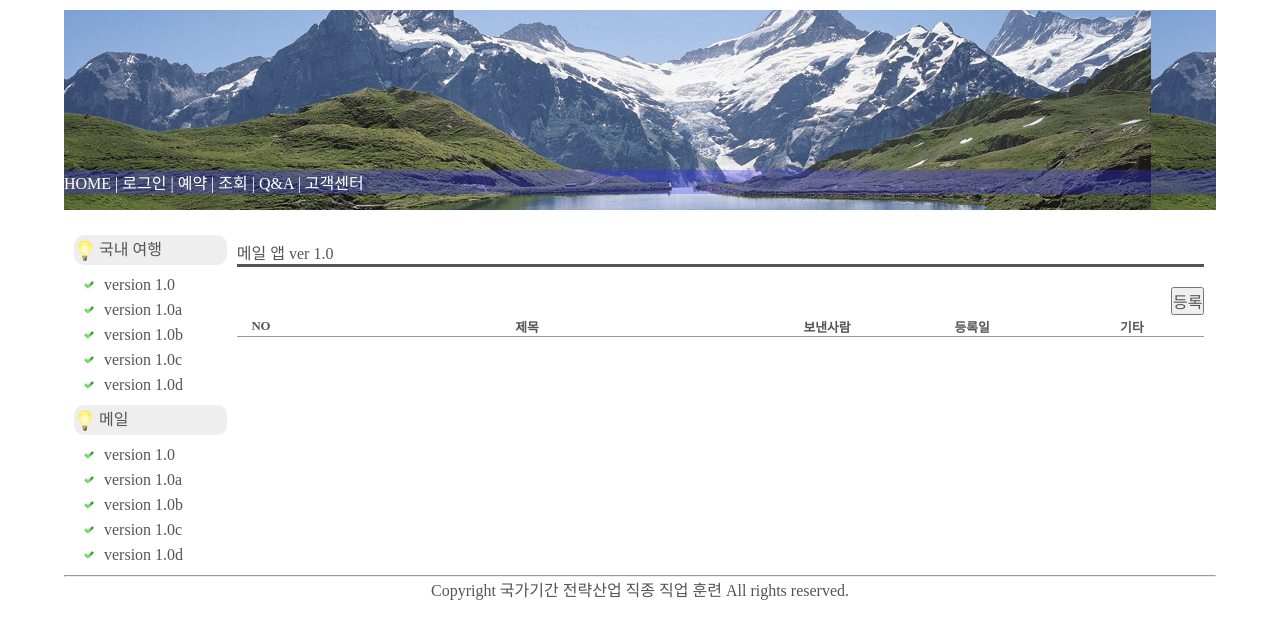
Repository: jangky000/ai_web
Page: http://localhost/blog_v2jc/mail_app/list.jsp
The author's editor kept a copy of each file at every save. The page is drawn from the files as they stood at one save, then again after the next save.
The browser window is 1280 px wide. The pictures show the whole page.
The page is served by Tomcat 9. Other server files are loaded and not shown. Queries for data that is not in the repository find no rows.

Above is the page before, as saved 2020-03-27 06:23:40.

### ws__frame/blog_v2jc/WebContent/mail_app/list.jsp
<%@ page contentType="text/html; charset=UTF-8" %>

<!-- MySQL에서 DBMS에 연결할때 쓰던 import 패키지와 구성이 같다. -->
 <!-- MovieDAO2.java 참조 -->
<%@ page import="java.sql.Connection" %>
<%@ page import=" java.sql.DriverManager" %>
<%@ page import="java.sql.PreparedStatement" %>
<%@ page import="java.sql.ResultSet" %>
<%@ page import="java.sql.SQLException" %>

<%
request.setCharacterEncoding("utf-8");
String root = request.getContextPath();
%>

<%
// 필요 변수 선언
Connection con = null;              // DBMS 연결
PreparedStatement pstmt = null; // SQL 실행
ResultSet rs = null;                   // SELECT 결과를 저장
StringBuffer sql = null;              // SQL 문장
int count = 0;                         // 처리된 레코드 갯수

// MYSQL
// String className = "org.gjt.mm.mysql.Driver"; // MySQL 연결 Driver
// String url = "jdbc:mysql://172.16.12.4:3306/javadb?useUnicode=true&characterEncoding=euckr"; //데이터베이스 javadb 사용

//Oracle, jdbc 연결
String className = "oracle.jdbc.driver.OracleDriver"; // Oracle 연결 Driver
String url = "jdbc:oracle:thin:@127.0.0.1:1521:XE"; //XE -> soldesk 등으로 달라질 수 있다.

String user = "ai6";
String password = "1234";
%>

<!DOCTYPE html>
<html lang="ko">
<head>
<meta charset="UTF-8">
<title></title>
<link href="<%=root%>/css/style.css" rel="Stylesheet" type="text/css">
</head>
<body>
<jsp:include page="/menu/top.jsp" flush='false' />
  <div class="title_line">메일 앱 ver 1.0</div>
  <div class="sub_menu">
    <button type="button" onclick="location.href='./create_form.jsp'">등록</button>
  </div>
  <table class="table_basic">
    <colgroup>
      <col style="width: 5%;">
      <col style="width: 50%;">
      <col style="width: 12%;">
      <col style="width: 18%;">
      <col style="width: 15%;">
    </colgroup>
    <thead>
      <tr>
        <th class="th_basic">NO</th>
        <th class="th_basic">제목</th>
        <th class="th_basic">보낸사람</th>
        <th class="th_basic">등록일</th>
        <th class="th_basic">기타</th>
      </tr>
    </thead>
    <tbody>
      <%
      try {
        Class.forName(className);
        con = DriverManager.getConnection(url, user, password );

        sql = new StringBuffer();
        sql.append(" SELECT mailno, title, content, mail_from, mail_to, rdate");
        sql.append(" FROM mail_app");
        sql.append(" ORDER BY mailno DESC");

        pstmt = con.prepareStatement(sql.toString());

        rs = pstmt.executeQuery(); // SELECT문 실행: executeQuery() : return ResultSet 타입

        int n = 0;
        while(true) {
          if(rs.next() == true) {
            System.out.println(rs.getInt("mailno"));
            %>
            <tr>
              <td class="td_basic"><%= rs.getInt("mailno")%></td>
              <td class="td_left"><a href="./read.jsp?mailno=<%= rs.getInt("mailno")%>"><%= rs.getString("title")%></a></td>
              <td class="td_basic"><%= rs.getString("mail_from")%></td>
              <td class="td_basic"><%= rs.getString("rdate")%></td>
              <td class="td_basic">수정/삭제</td>
            </tr>
            <%
          }
          else {
            System.out.println(rs.getInt("mailno"));
            %>
            <tr></tr>
            <%
            break;
          }
        }

      } catch (SQLException e) {
        System.out.println("SQL 실행 중 예외 발생");
        e.printStackTrace();
      } catch (ClassNotFoundException e) {
        System.out.println("JDBC 드라이버가 없습니다.");
        e.printStackTrace();
      } finally {
        try{ if (rs != null){ rs.close(); } }catch(Exception e){ }
        try{ if (pstmt != null){ pstmt.close(); } }catch(Exception e){ }
        try{ if (con != null){ con.close(); } }catch(Exception e){ }
      }
      %>
    </tbody>
  </table>


<jsp:include page="/menu/bottom.jsp" flush='false' />
</body>
</html>
</html>

### ws__frame/blog_v2jc/WebContent/menu/top.jsp
<%@ page contentType="text/html; charset=UTF-8" %>
<!-- jsp: include를 사용했기 때문에 root로 인한 충돌이 발생하지 않는다. -->
<% String root = request.getContextPath(); %>

<DIV class='container'>
  <DIV class='top_img'>
    <NAV class="top_menu">
      <a href="<%=root %>" class="menu_link">HOME</a> | 로그인 | 예약 | 조회 | Q&A | 고객센터
    </NAV>
  </DIV>

  <DIV style='margin-top: 10px;'> <!-- 좌측 메뉴 + 내용 시작 -->
    <DIV class='left_menu'> <!--  좌측 메뉴 시작 -->
      <div class="li_left_menu_1" >국내 여행</div>
      <UL>
         <!-- 모든 위치에서 동일한 주소를 찾아야하므로, 절대 경로로 설정 -->
        <LI class="li_left_menu_2"><a href="<%= request.getContextPath() %>/notice1/list.jsp">version 1.0</a></LI>
        <LI class="li_left_menu_2"><a href="<%= request.getContextPath() %>/notice1a/list.jsp">version 1.0a</a></LI>
        <LI class="li_left_menu_2"><a href="<%= request.getContextPath() %>/notice1b/list.jsp">version 1.0b</a></LI>
        <LI class="li_left_menu_2"><a href="<%= request.getContextPath() %>/notice1c/list.jsp">version 1.0c</a></LI>
        <LI class="li_left_menu_2"><a href="<%= request.getContextPath() %>/notice1d/list.jsp">version 1.0d</a></LI>
      </UL>
      <!-- br을 쓰는 것보다 margin으로 여백을 주는 것이 낫다 -->
      <div class="li_left_menu_1">메일</div>
      <UL>
        <LI class="li_left_menu_2"><a href="<%= request.getContextPath() %>/mail_app/list.jsp">version 1.0</a></LI>
        <LI class="li_left_menu_2"><a href="<%= request.getContextPath() %>/mail_app1a/list.jsp">version 1.0a</a></LI>
        <LI class="li_left_menu_2"><a href="<%= request.getContextPath() %>/mail_app1b/list.jsp">version 1.0b</a></LI>
        <LI class="li_left_menu_2"><a href="<%= request.getContextPath() %>/mail_app1c/list.jsp">version 1.0c</a></LI>
        <LI class="li_left_menu_2"><a href="<%= request.getContextPath() %>/mail_app1d/list.jsp">version 1.0d</a></LI>
      </UL>

    </DIV>  <!--  좌측 메뉴 종료 -->

    <DIV class='content_body'> <!--  내용 시작 -->

### ws__frame/blog_v2jc/WebContent/menu/bottom.jsp
<%@ page contentType="text/html; charset=UTF-8" %>

    </DIV> <!-- 내용 종료 -->
  </DIV> <!-- 좌측 메뉴 + 내용 종료 -->

  <!-- 화면 하단 메뉴 -->
  <DIV class='copyright'>
    <HR>
    Copyright 국가기간 전략산업 직종 직업 훈련 All rights reserved.
  </DIV>

</DIV> <!-- 컨테이너 종료 -->

### ws__frame/blog_v2jc/WebContent/css/style.css
/* ver 0.2 */
/* 모든 태그에 적용 */
  *{
     font-family: Malgun Gothic;
     font-size: 16px;
     margin: 0px;  /* top right bottom left */
     padding: 0px;
     color: #555555;
  }

  .container {
    width: 90%;
    margin: 10px auto;
  }

  /*
  이미지 경로 지정
  권장하지 않는 방법(절대경로): background-image: url('/blog_v2jc/css/images/top_image.jpg');
  권장하는 방법(상대경로): background-image: url('./images/top_image.jpg');
  style.css 파일이 include(link)되는 폴더를 현재 폴더로 인식함
  /blog_v2jc/css/style.css에서 사용
  /blog_v2jc/css/images/top_image.jpg 인식
   */
  .top_img {
    width: 100%;
    height: 200px;
    /* background-image: url('/blog_v2jc/menu/images/top_image.jpg'); */
    background-image: url('./images/top_image.jpg');
  }

  .top_menu {
    position: relative;  /* 부모 태그 기준 화면 상단 기준 */
    top: 80%;
    /* left: 2px;  */
    background-color: rgba(50, 50, 255, 0.3);
    color: white;
  }

  .left_menu {
    width: 15%;
    float: left;
  }

  .content_body {
    width: 84%;
    float: left;
  }

  .content_bottom {

  }

  .bottom_menu {
    text-align: center;
    margin: 20px auto;
    clear: both;
  }

  .copyright {
    text-align: center;
    margin: 20px auto; /* 블럭 가운데 정렬 */
    clear: both; /*  float: left; 해제 float 효과를 제거 */
  }

  .li_warning{/* 경고 메시지 */
    list-style: none;
    margin: 15px 10px;
    color: #ff6600;
  }

  .li_error{ /* 에러 메시지 */
    list-style: none;
    margin: 15px 10px;
    color: #FF0000;
  }

  .li_none{
    list-style: none;
    margin: 15px 10px;
  }

  .fieldset_basic{
    width:90%;
    margin:10px auto;
    border-top: none;
    border-right: none;
    border-bottom: none;
    border-left: none;
    padding: 10px;
  }

  .legend_basic{
    margin-left:30px;
    border:solid 1px #999999;
    background-color: #A6C2FF;
    color:#FFFFFF;
  }

  input:focus {outline:none;}
  .input_basic{
    border-top: none;
    border-right: none;
    border-bottom: solid 1px #999999;
    border-left: none;
  }

  .title_line{
    text-align:left;
    /* text-decoration: underline; */
    border-bottom: solid 3px #555555;
    width: 100%;
    margin: 20px auto;

  }

  .sub_menu{
    text-align: right;
    width: 100%;
  }

  .table_basic{
    border-collapse: collapse; /* 셀 합치기 */
    margin: 2px auto;
    width: 100%;
  }

  /*
    1em 기본값: 16px, 주변 태그의 글자 크기를 1em으로 인식
    div 태그가 20px일 경우 자식 태그가 0.5em이면 최종적으로 10px이 적용됨.
  */
  .th_basic{
    font-size: 0.8em;
    border-bottom: solid 1px #999999;
  }

  .td_basic{
    background-color: #ffffff;

    border-top: none;
    border-right: none;
    border-bottom: solid 1px #dddddd;
    border-left: none;

    text-align: center;
  }

  .td_left{
    background-color: #ffffff;

    border-top: none;
    border-right: none;
    border-bottom: solid 1px #dddddd;
    border-left: none;

    text-align: left;
  }

  A:link{  /* 방문전 상태 */
    text-decoration: none; /* 밑줄 삭제 */
    color: #555555;
  }

  A:visited{  /* 방문후 상태 */
    text-decoration: none; /* 밑줄 삭제 */
    color: #555555;
  }

  A:hover{  /* A 태그에 마우스가 올라간 상태 */
    text-decoration: underline; /* 밑줄 출력 */
    color: #7777FF;
  }

  A:active{  /* A 태그를 클릭한 상태 */
    text-decoration: underline; /* 밑줄 출력 */
    color: #7777FF;
  }

  /* top menu */
  .menu_link:link{  /* 방문전 상태 */
    text-decoration: none; /* 밑줄 삭제 */
    color: white;
  }

  .menu_link:visited{  /* 방문후 상태 */
    text-decoration: none; /* 밑줄 삭제 */
    color: white;
  }

  .menu_link:hover{  /* A 태그에 마우스가 올라간 상태 */
    text-decoration: underline; /* 밑줄 출력 */
    color: white;
    /* font-weight: bold; */
  }

  .menu_link:active{  /* A 태그를 클릭한 상태 */
    text-decoration: underline; /* 밑줄 출력 */
    color: white;
  }

  .content_title{
    border-top: none;
    border-right: none;
    border-bottom: solid 1px #999999;
    border-left: none;

    margin-bottom: 20px;
  }

  .content_bottom{
    border-top: none;
    border-right: none;
    border-bottom: none;
    border-left: none;
    margin: 20px 0;
    text-align: right;
    font-size: 0.8em;
  }

  .li_left_menu_1{/* 화면 좌측 대분류 */
    list-style: none;
    margin: 15px 10px;
    background: url(./images/li_left_menu_1.png) left center no-repeat; /* url 왼쪽 중간 반복x */
    background-color:#eeeeee;
    border-radius:10px;
    background-size: 22px;
    padding-left: 25px;
    line-height: 30px;
  }

  .li_left_menu_2{/* 화면 좌측 중분류 */
    list-style: none;
    margin: 15px 10px;
    background: url(./images/li_left_menu_2.png) left center no-repeat; /* url 왼쪽 중간 반복x */
    background-size: 10px;
    margin-left: 20px;
    padding-left: 20px;
    line-height: 10px;
  }

After the next save:
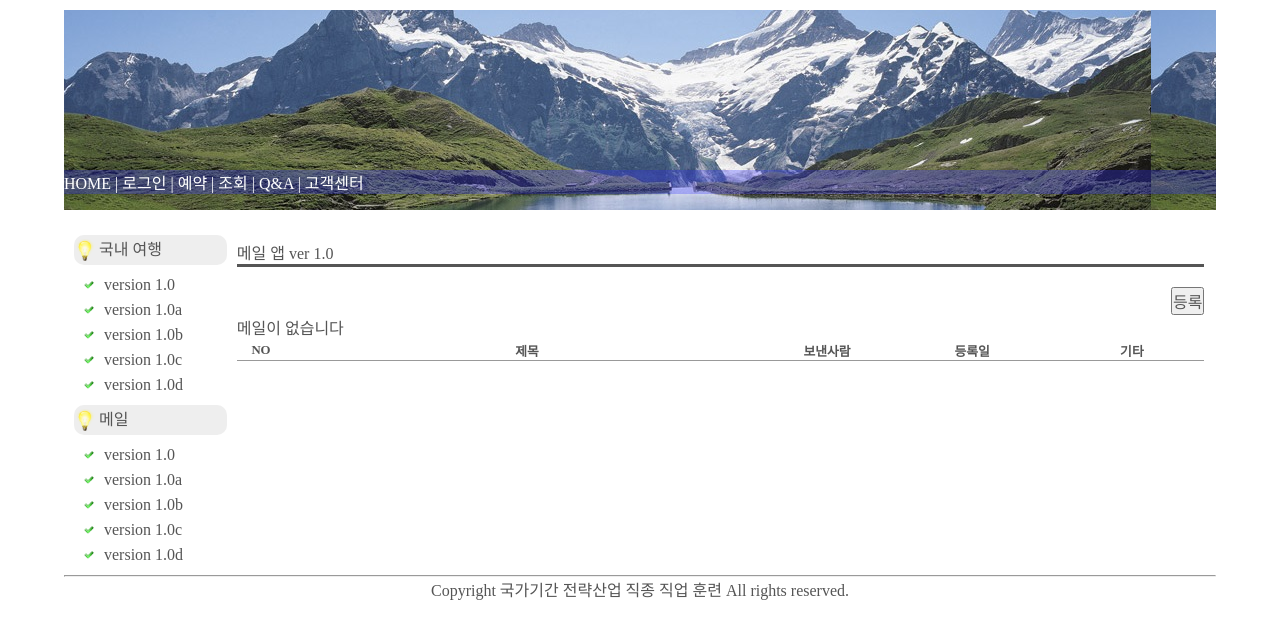
Saved 12 s later.
--- a/ws__frame/blog_v2jc/WebContent/mail_app/list.jsp
+++ b/ws__frame/blog_v2jc/WebContent/mail_app/list.jsp
@@ -95,7 +95,7 @@
           else {
             System.out.println(rs.getInt("mailno"));
             %>
-            <tr></tr>
+            <tr>메일이 없습니다</tr>
             <%
             break;
           }

After the save that followed:
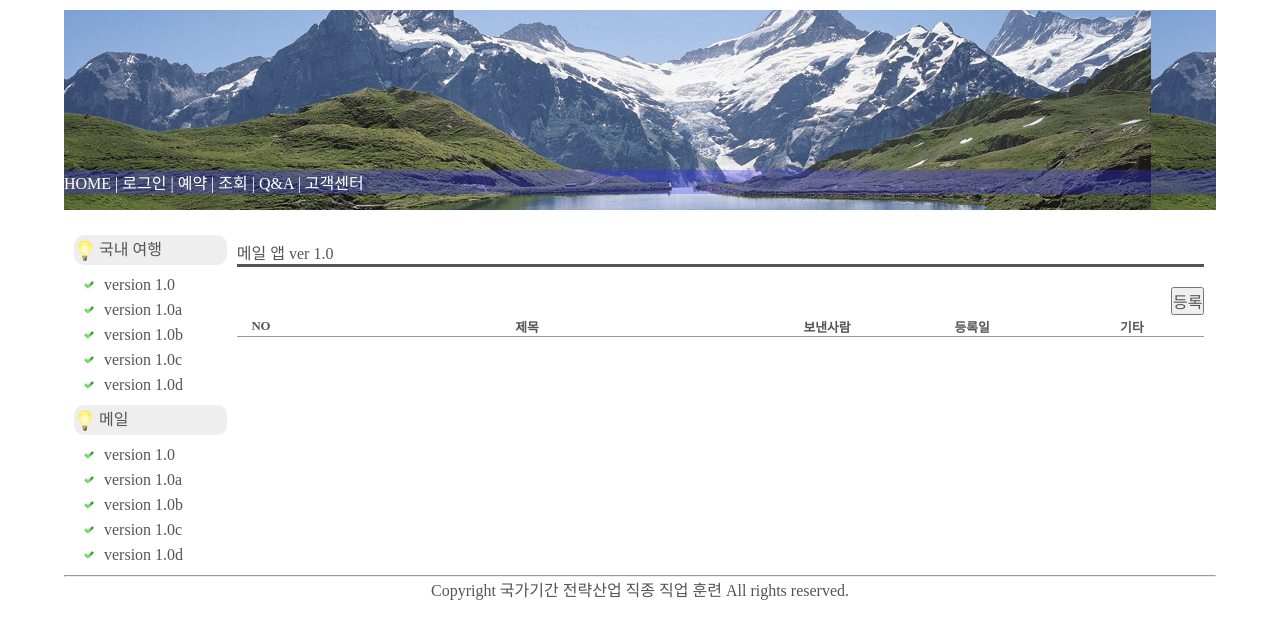
Saved 33 s later.
--- a/ws__frame/blog_v2jc/WebContent/mail_app/list.jsp
+++ b/ws__frame/blog_v2jc/WebContent/mail_app/list.jsp
@@ -95,7 +95,9 @@
           else {
             System.out.println(rs.getInt("mailno"));
             %>
-            <tr>메일이 없습니다</tr>
+            <tr>
+              <td></td>
+            </tr>
             <%
             break;
           }
